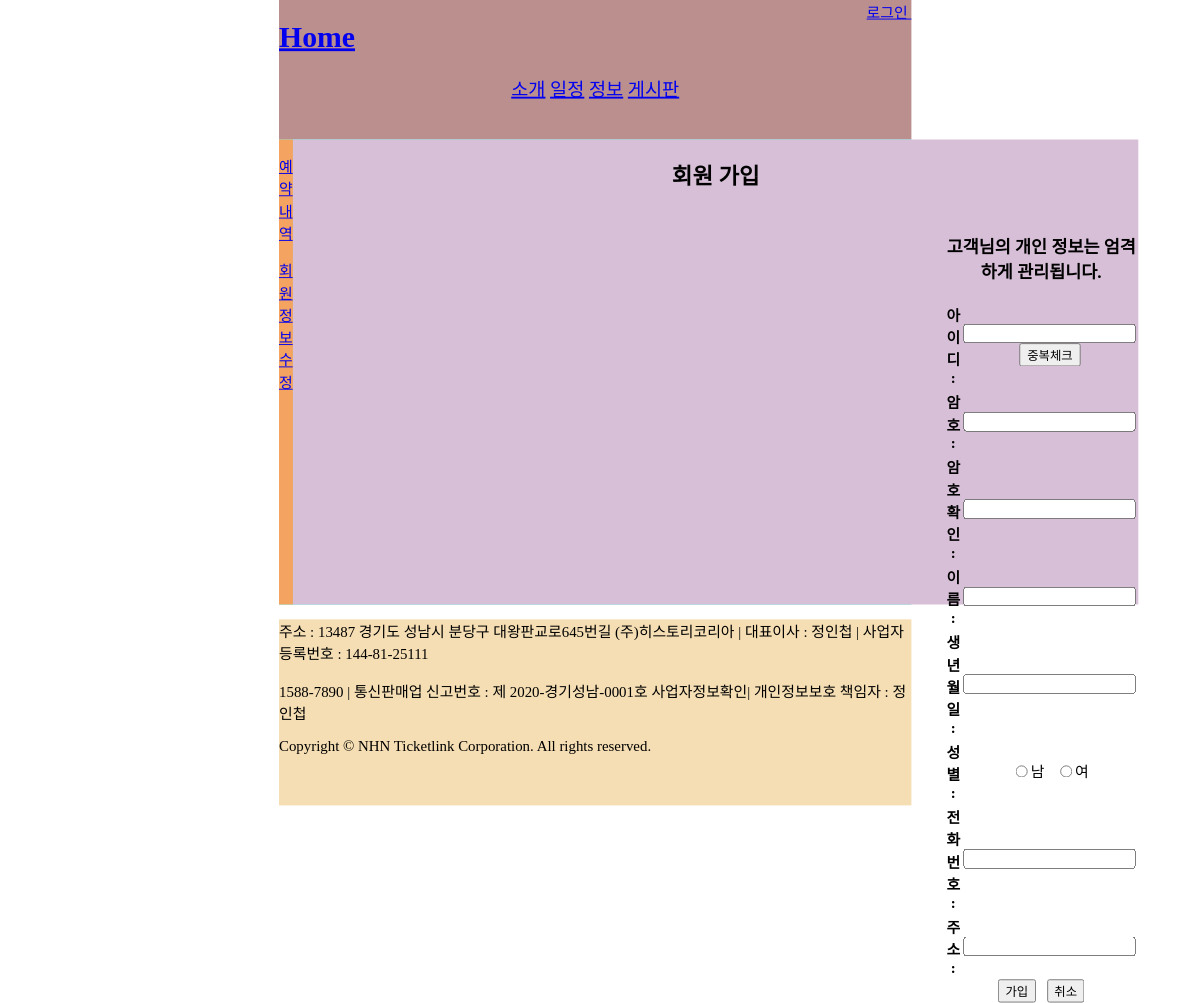
Repository: dlscjq34/JSP_historyTour
Page: http://localhost/HistoryTour/WEB-INF/views/member/joinMember.jsp
These files come from the project's save history. The page is drawn as it stood at one moment and after the next save; the edit follows.
The browser window is 1280 px wide. The pictures show the whole page, at 93% of full size.
The page is served by Tomcat 9. Nobody is signed in. Other server files are loaded and not shown. The template is opened directly, without the code that normally fills it, so the values that code supplies are empty.

Above is the page before, as saved 2020-12-21 03:39:50.

### HistoryTour/WebContent/WEB-INF/views/member/joinMember.jsp
<%@ page language="java" contentType="text/html; charset=UTF-8"
    pageEncoding="UTF-8"%>
<!DOCTYPE html>
<html lang="en">
<head>
    <jsp:include page="/WEB-INF/views/include/head.jsp" />
    <link rel="stylesheet" href="css/joinMember.css">
</head>
<body>
    <!-- <header> -->
    <jsp:include page="/WEB-INF/views/include/header.jsp" />


    <!-- center = <aside> + <article> -->
    <div class="center">
        <aside>
            <p><a href="ticket.do">예약 내역</a></p>
            <p><a href="editMember.do">회원 정보 수정</a></p>
        </aside>

        <article>
            <h1>회원 가입</h1>
                <form action="joinMemberPro.do" method="post" name="frm" onsubmit="return lenCheck()">

                    <h3>고객님의 개인 정보는 엄격하게 관리됩니다.</h3>
                    <table>
	               		<tr>
	               			<th>아이디 :
	               			<td><input type="text" name="id" id="id" />
	               				<input type="button" onclick="dupCheck()" value="중복체크">
	               		</tr>
	               		<tr>
	               			<th>암호 :
	               			<td><input type="password" name="pswd1" id="pswd1" required/>
	               		</tr>
	               		<tr>
	               			<th>암호 확인 :
	               			<td><input type="password" name="pswd2" id="pswd2" required onkeyup="pwCheck()"/>
	               				<span id="pwStatus"></span>
	               		</tr>
	               		<tr>
	               			<th>이름 :
	               			<td><input type="text" name="name" id="name" required/>
	               		</tr>
	               		<tr>
	               			<th>생년월일 :
	               			<td><input type="text" name="birth" id="birth" required/>
	               		</tr>
	               		<tr>
	               			<th>성별 :
	               			<td><input type="radio" name="gender" id="man" value="1" required />남 &nbsp;
	               				<input type="radio" name="gender" id="woman" value="2" required />여
	               		</tr>
	               		<tr>
	               			<th>전화번호 :
	               			<td><input type="text" name="tel" id="tel" required>
	               		</tr>
	               		<tr>
	               			<th>주소 :
	               			<td><input type="text" name="address" id="address" required>
	               		</tr>
               		</table>
                <input type="submit" name="enroll" class="enroll" value="가입"> &nbsp;
                <input type="reset" value="취소">
                </form>
        </article>
    </div>


    <!-- <footer> -->
    <jsp:include page="/WEB-INF/views/include/footer.jsp" />

</body>

<script>
	function dupCheck() {
		let id = document.frm.id.value;
		if(id == '') {
			alert("아이디를 입력하세요");
			document.frm.id.focus();
			return;
		}
		window.open('joinCheck.do?id='+id, 'joinCheck', 'width=600, height=300');
	}

	function lenCheck() {
		let id = document.frm.id.value.trim();

		if(!(id.length >= 3 && id.length <=12)) {
			alert("아이디는 3에서 12글자만 입력 가능합니다.");
			document.frm.id.select();
			return false;
		}
	}

	function pwCheck() {
		pw1 = document.frm.pswd1.value;
		pw2 = document.frm.pswd2.value;
		pwStatus = document.getElementById("pwStatus");

		if(pw1 == pw2) {
			pwStatus.innerHTML = "패스워드 확인";
			pwStatus.style.color = "blue"
		}
		else {
			pwStatus.innerHTML = "패스워드 틀림";
			pwStatus.style.color = "red"
		}
	}

/* 	<tr>
		<th>암호 :
		<td><input type="password" name="pswd1" id="pswd1" required/>
	</tr>
	<tr>
		<th>암호 확인 :
		<td><input type="password" name="pswd2" id="pswd2" required onkeyup="pwCheck()"/>
			<span class="pwStatus"></span>
	</tr> */
</script>

</html>

### HistoryTour/WebContent/WEB-INF/views/include/head.jsp
<%@ page language="java" contentType="text/html; charset=UTF-8"
    pageEncoding="UTF-8"%>
<meta charset="UTF-8">
<meta name="viewport" content="width=device-width, initial-scale=1.0">
<title>Document</title>
<link rel="stylesheet" href="css/common.css">

### HistoryTour/WebContent/WEB-INF/views/include/header.jsp
<%@ page language="java" contentType="text/html; charset=UTF-8"
    pageEncoding="UTF-8"%>
<%@ taglib prefix="c" uri="http://java.sun.com/jsp/jstl/core" %>
<%
	//쿠키에 아이디가 있으면 세션으로 빼온다.
	Cookie[] cookies = request.getCookies();

	if (cookies != null) {
		for(Cookie cookie : cookies) {
			if(cookie.getName().equals("id")) {
				String id = cookie.getValue();
				session.setAttribute("id", id);
			}
		}
	}

	String id = (String)session.getAttribute("id");
%>

<header>
    <div class="home-line">
        <h1><a href="index.do">Home</a></h1>
        <!-- 세션으로 빼온 아이디가 있으면 -->
<%
			if (id != null) {
%>
        		${ id } 님 반갑습니다.&nbsp;
        		<a href="myPage.do">마이페이지</a>&nbsp;
        		<a href="logoutPro.do">로그아웃</a>
<%
			} else {
%>
        	<!-- 세션으로 빼온 아이디가 없으면 -->
        		 <a href="login.do">로그인&nbsp;</a>
<%
			}
%>

    </div>
    <div class="menu">
        <a href="intro.do">소개</a>
        <a href="schedule.do">일정</a>
        <a href="information.do">정보</a>
        <a href="board.do">게시판</a>
    </div>
</header>

### HistoryTour/WebContent/WEB-INF/views/include/footer.jsp
<%@ page language="java" contentType="text/html; charset=UTF-8"
    pageEncoding="UTF-8"%>
<footer>
    <p>주소 : 13487 경기도 성남시 분당구 대왕판교로645번길 (주)히스토리코리아 | 대표이사 : 정인첩 | 사업자등록번호 : 144-81-25111</p>
    <p>1588-7890 |  통신판매업 신고번호 : 제 2020-경기성남-0001호 사업자정보확인| 개인정보보호 책임자 : 정인첩</p>
    <p>Copyright © NHN Ticketlink Corporation. All rights reserved.</p>
</footer>

### HistoryTour/WebContent/css/common.css
body {
  grid-template-columns: 1fr 1fr;
  box-sizing: border-box;
  margin: 0 300px;
}

/* header ----------------------------------------------- */

header {
  background: rosybrown;
  height: 150px;
}
header .home-line {
  display: flex;
}
header .home-line h1 {
  flex: 1;
}
header .menu {
  text-align: center;
  font-size: 20px;
}

/* <aside> <article> ----------------------------------------------- */

.center {
  display: flex;
  height: 500px;
  background: turquoise;
}
.center aside {
  background: sandybrown;
  flex: 2;
}
.center article {
  background: thistle;
  flex: 8;
  text-align: center;
}


/* footer ----------------------------------------------- */

footer {
  background: wheat;
  height: 200px;
}

### HistoryTour/WebContent/css/joinMember.css

.center article form fieldset input{
  margin: 1% 0;
}
.center article form  {
  position: relative;
  margin-top: 5%;
  padding-left: 700px;
  /* width: 100px;
  font-size: 20px; */
}

After the next save:
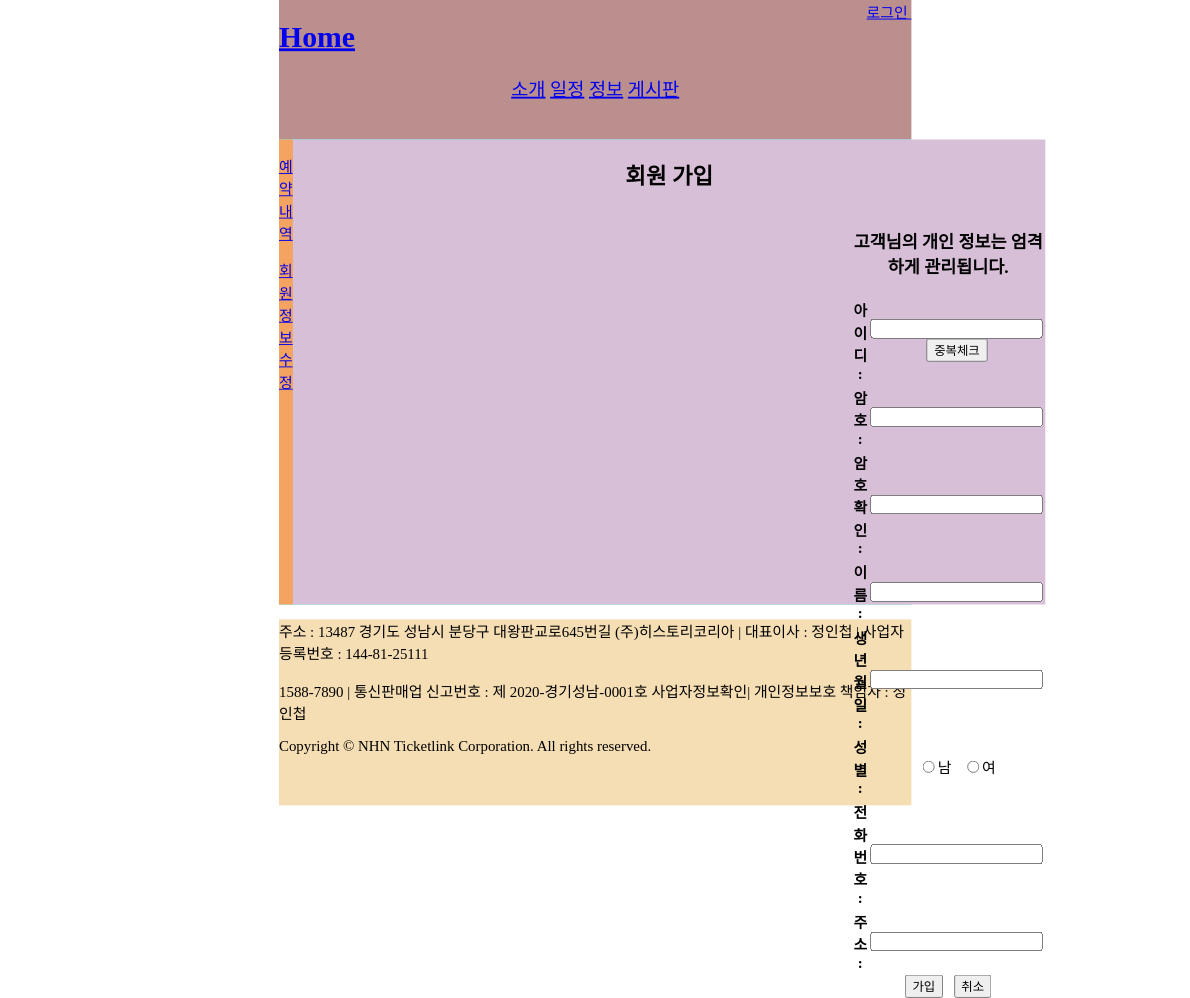
Saved 5 s later.
--- a/HistoryTour/WebContent/css/joinMember.css
+++ b/HistoryTour/WebContent/css/joinMember.css
@@ -5,7 +5,7 @@
 .center article form  {
   position: relative;
   margin-top: 5%;
-  padding-left: 700px;
+  padding-left: 600px;
   /* width: 100px;
   font-size: 20px; */
 }
